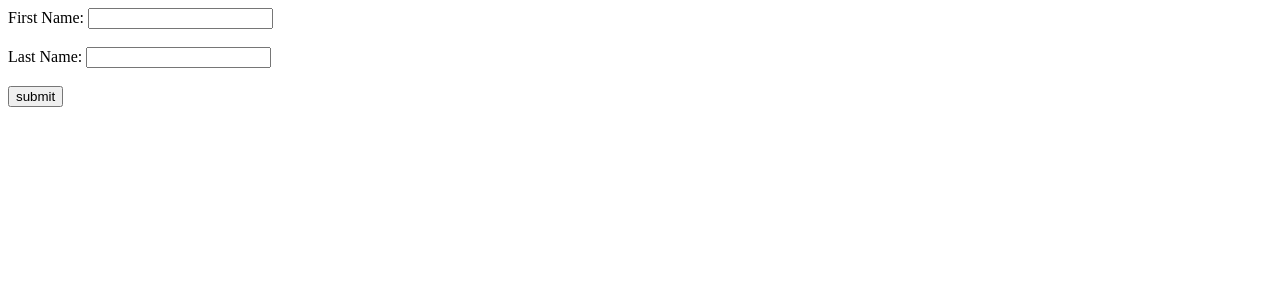
Repository: PNSVN3035/excelr-evening-full-stack
Page: ExcelREvening/Backend/servlets/03-JSPsOnIDE/02-reading-html-data-with-jsp/src/main/webapp/02-student-dropdown-form.html
An editor plug-in stored every save of this project. The page is shown before and after the next save, followed by the edit.
The browser window is 1280 px wide. The pictures show the whole page.

Above is the page before, as saved 2024-05-16 23:19:57.

After the next save:
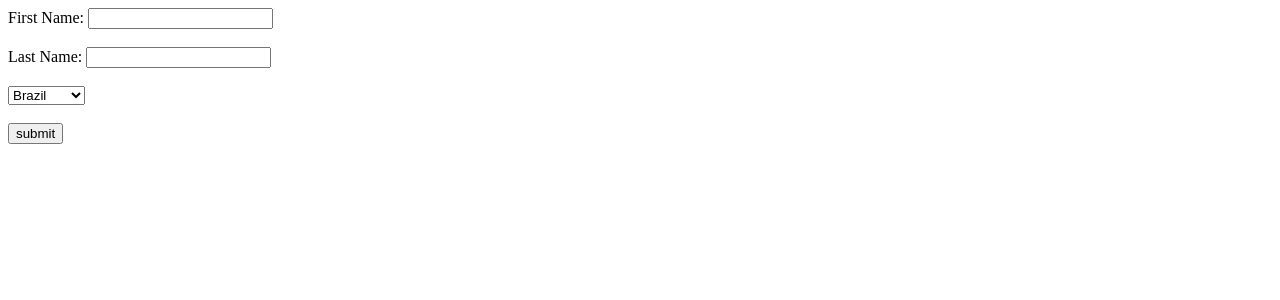
Saved 3 min 37 s later.
--- a/ExcelREvening/Backend/servlets/03-JSPsOnIDE/02-reading-html-data-with-jsp/src/main/webapp/02-student-dropdown-form.html
+++ b/ExcelREvening/Backend/servlets/03-JSPsOnIDE/02-reading-html-data-with-jsp/src/main/webapp/02-student-dropdown-form.html
@@ -10,6 +10,16 @@
 			<br/><br/>
 			Last Name: <input type="text" name="lastName"/>
 			<br/><br/>
+			<select name="country">
+				<option>Brazil</option>
+				<option>France</option>
+				<option>Germany</option>
+				<option>India</option>
+				<option>Turkey</option>
+				<option>US</option>
+				<option>UK</option>
+			</select>
+			<br/><br/>
 			<input type="submit" value="submit"/>
 	</body>
 </html>
